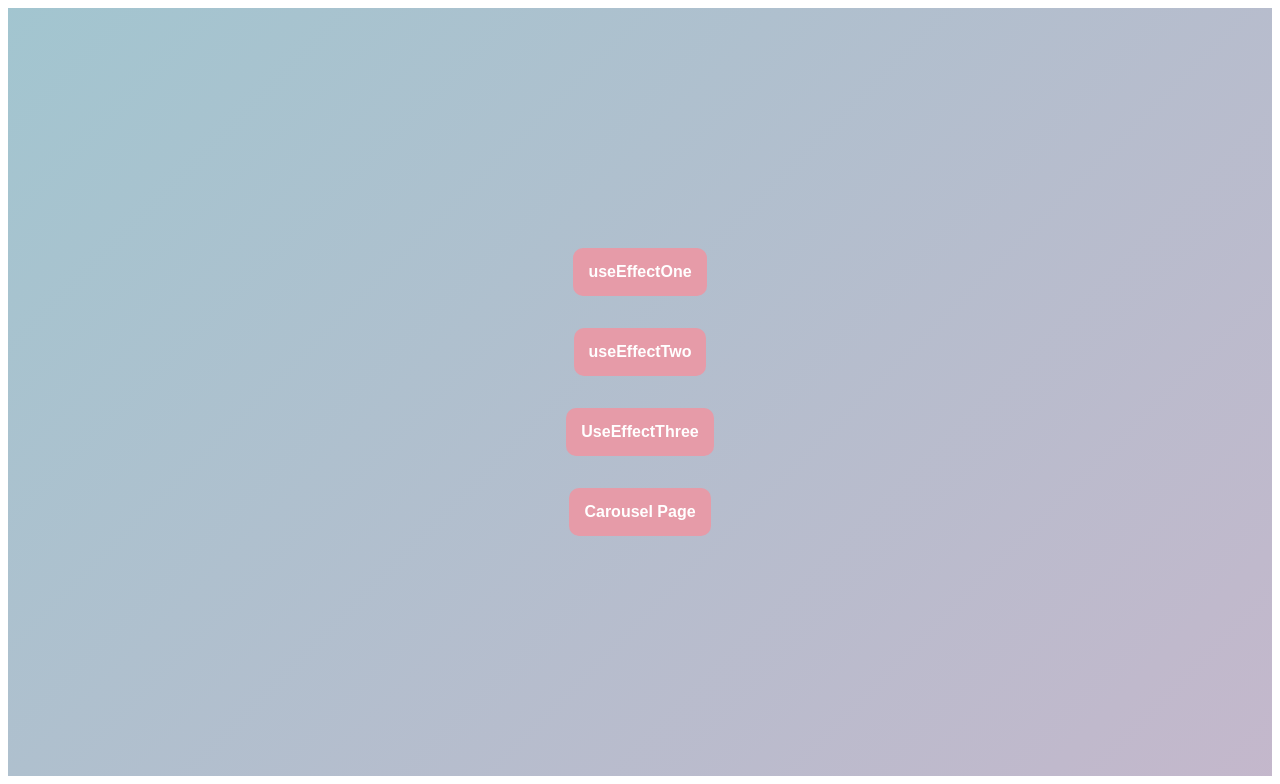
Repository: jjennbui/class8
Page: /
These files come from the project's save history. The page is drawn as it stood at one moment and after the next save; the edit follows.
The browser window is 1280 px wide. The pictures show the whole page.
The project was rebuilt for these pictures with package versions that can differ from the ones it lists, and the page was loaded fresh each time. The framework's server and built-in components were replaced by stand-ins that run in the browser. Also part of the build but not shown: next.config.js.

Above is the page before, as saved 2023-02-20 17:46:27.

After the next save:
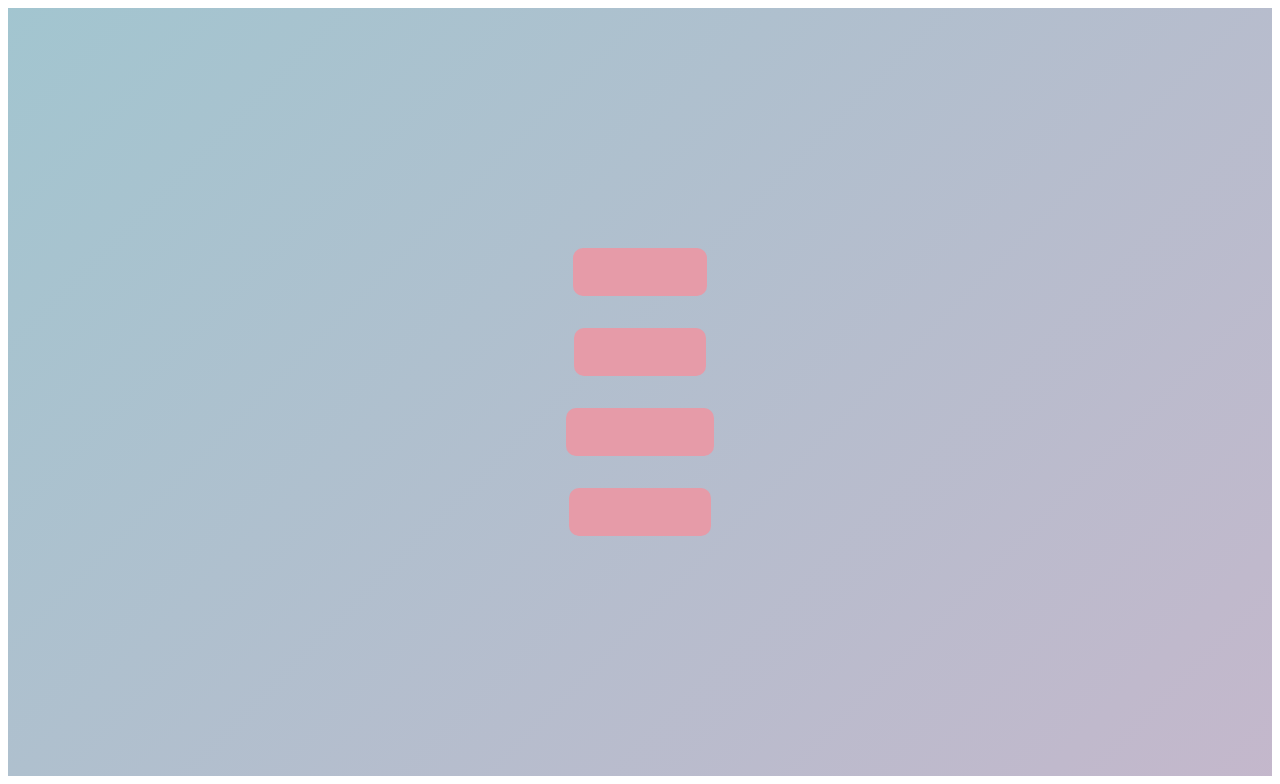
Saved 34 s later.
--- a/styles/Home.module.css
+++ b/styles/Home.module.css
@@ -26,7 +26,7 @@
   }
 
 .text{
-  color: white;
+  color: transparent;
   text-decoration: none;
   font-family: Arial, Helvetica, sans-serif;
   font-weight: bold;

After the save that followed:
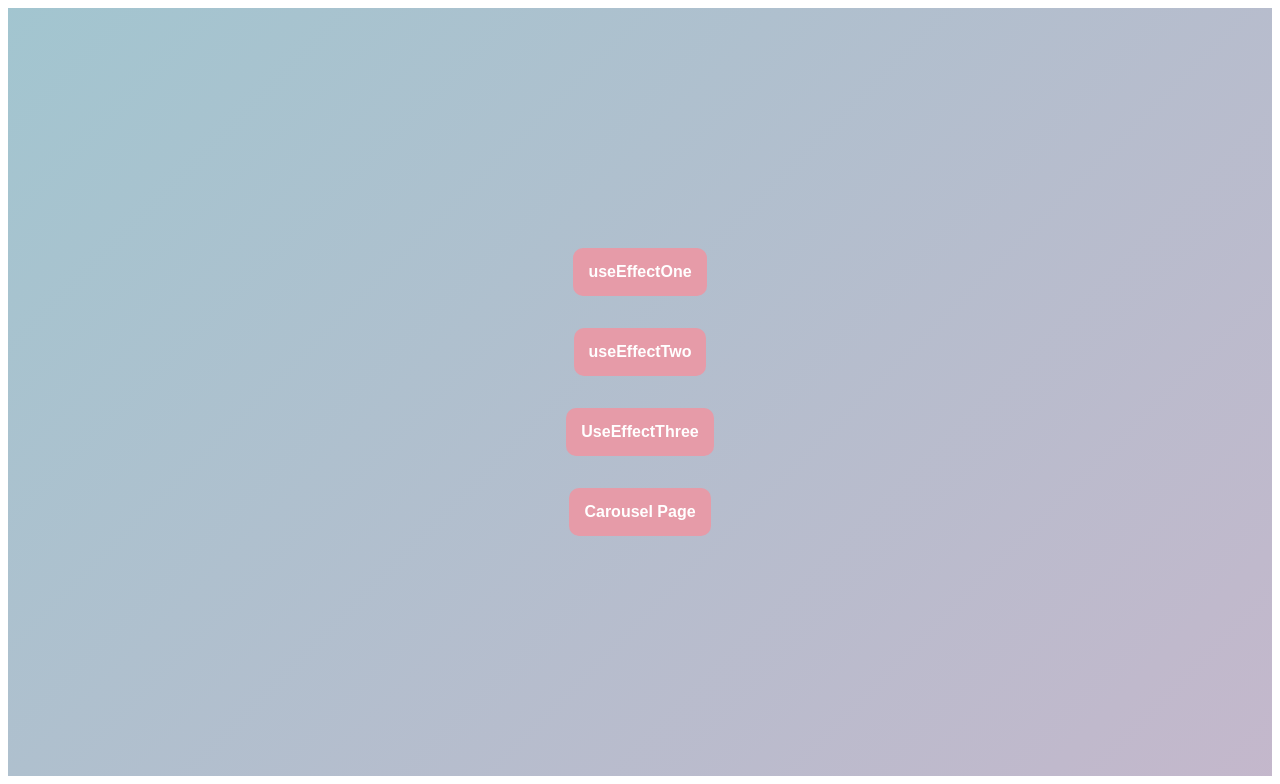
Saved 4 s later.
--- a/styles/Home.module.css
+++ b/styles/Home.module.css
@@ -26,7 +26,7 @@
   }
 
 .text{
-  color: transparent;
+  color: white;
   text-decoration: none;
   font-family: Arial, Helvetica, sans-serif;
   font-weight: bold;
